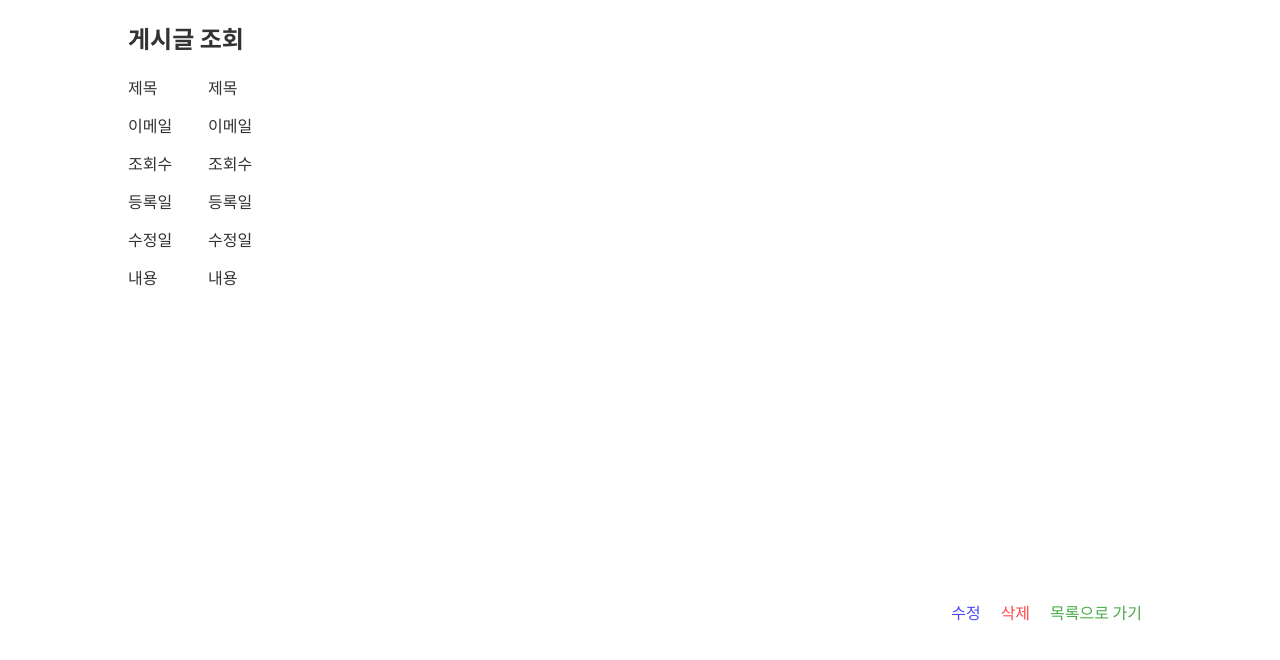
Repository: ovozzx/spring
Page: http://localhost/hello-springg/WEB-INF/views/board/view.jsp
The author's editor kept a copy of each file at every save. The page is drawn from the files as they stood at one save, then again after the next save.
The browser window is 1280 px wide. The pictures show the whole page.
The page is served by Tomcat 10. Nobody is signed in. The template is opened directly, without the code that normally fills it, so the values that code supplies are empty.

Above is the page before, as saved 2025-09-19 07:34:51.

After the next save:
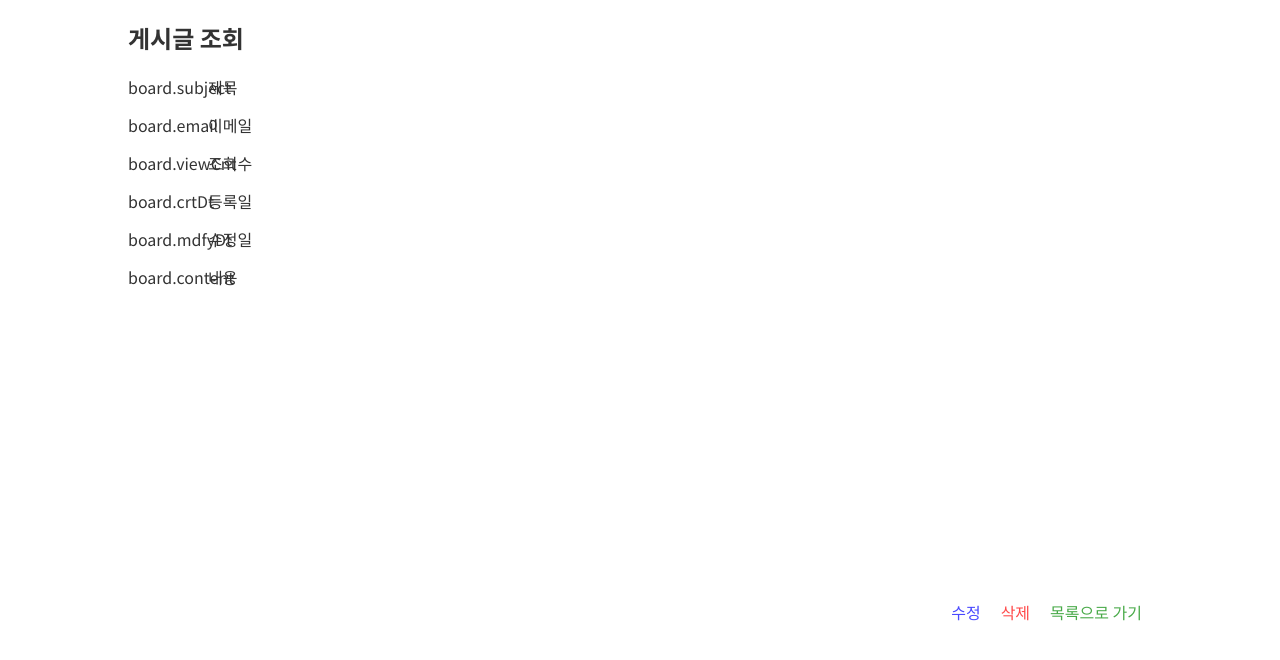
Saved 79 s later.
--- a/hello-springg/src/main/webapp/WEB-INF/views/board/view.jsp
+++ b/hello-springg/src/main/webapp/WEB-INF/views/board/view.jsp
@@ -11,22 +11,22 @@
         <div class="wrapper">
             <h1 class="page-title">게시글 조회</h1>
                <div class="grid board-view">
-                   <label for="subject">제목</label>
+                   <label for="subject">board.subject</label>
                    <div>제목</div>
 
-                   <label for="email">이메일</label>
+                   <label for="email">board.email</label>
                    <div>이메일</div>
 
-                   <label for="viewCnt">조회수</label>
+                   <label for="viewCnt">board.viewCnt</label>
                    <div>조회수</div>
 
-                   <label for="crtDt">등록일</label>
+                   <label for="crtDt">board.crtDt</label>
                    <div>등록일</div>
 
-                   <label for="mdfyDt">수정일</label>
+                   <label for="mdfyDt">board.mdfyDt</label>
                    <div>수정일</div>
 
-                   <label for="content">내용</label>
+                   <label for="content">board.content</label>
                    <div>내용</div>
 
                    <div class="btn-group">
